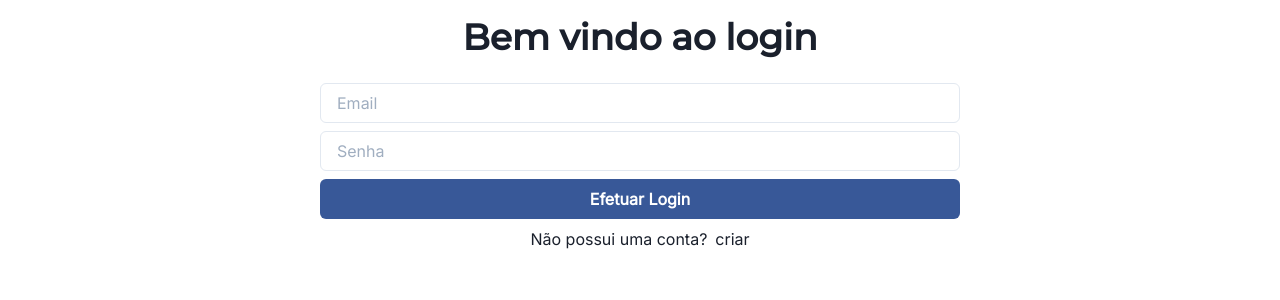
Repository: thislucasme/front-end-cats-react.js
Page: /login
The author's editor kept a copy of each file at every save. The page is drawn from the files as they stood at one save, then again after the next save.
The browser window is 1280 px wide. The pictures show the whole page.
Some web fonts or font styles are not loaded; a fallback is used. The project was rebuilt for these pictures with package versions that can differ from the ones it lists, and the page was loaded fresh each time. Also part of the build but not shown: src/components/lista.gatos.tsx, src/hooks/useUserGato.ts, src/components/menu.tsx, src/hooks/useGatos.ts, src/components/BuscaGatos.tsx, src/components/CadastroUsuarioGato.tsx, src/components/CadastroGatos.tsx.

Above is the page before, as saved 2021-11-01 15:04:25.

After the next save:
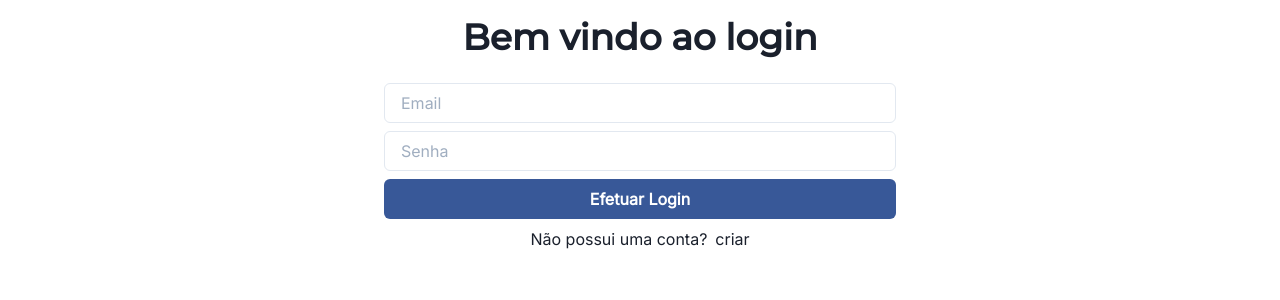
Saved 5 s later.
--- a/src/components/Login.tsx
+++ b/src/components/Login.tsx
@@ -32,7 +32,7 @@ export const Login = () => {
 		<Center>
 			<VStack w="full">
 
-				<VStack w={{ sm: "90", md: "60%", lg: "50%" }}>
+				<VStack w={{ sm: "90", md: "60%", lg: "40%" }}>
 					<Heading my={4}>Bem vindo ao login</Heading>
 					<Input value={email} onChange={(e) => { setEmail(e.target.value) }} placeholder="Email" />
 					<Input value={senha} placeholder="Senha" onChange={(e) => setSenha(e.target.value)} type={"password"} />
